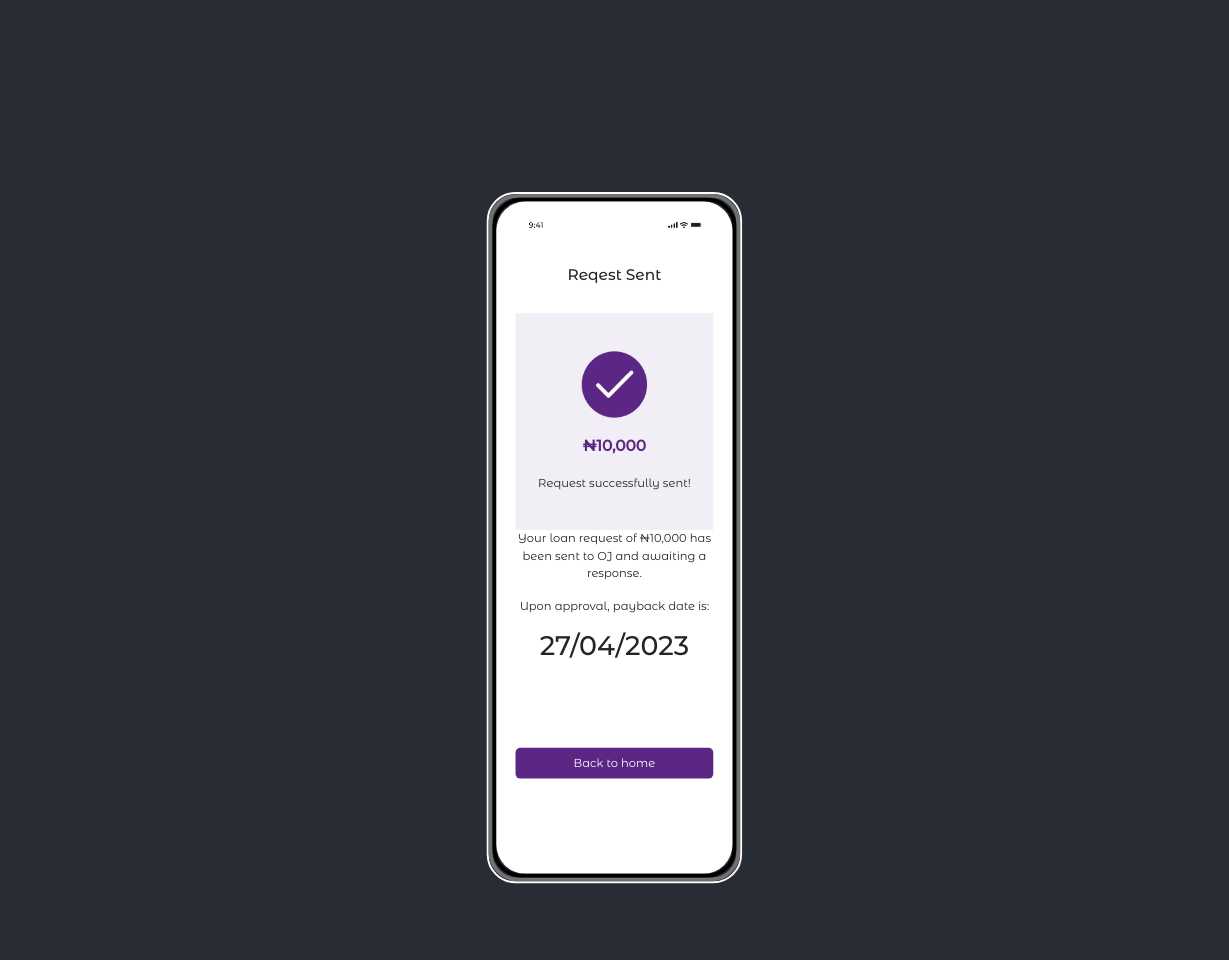
Repository: sarahnnanyelugo/fcmb-hackathon
Page: /success-page
The author's editor kept a copy of each file at every save. The page is drawn from the files as they stood at one save, then again after the next save.
The browser window is 1280 px wide. The pictures show the whole page, at 96% of full size.
The project was rebuilt for these pictures with package versions that can differ from the ones it lists, and the page was loaded fresh each time. Also part of the build but not shown: src/Pages/Home.js, src/components/AccList.js, src/TestData.js/AccList.js, src/components/Beneficiaries.js, src/components/VerificationCodeInput/code-input.scss, src/components/VerificationCodeInput/VerifyCode.js, src/components/Loader.js, src/components/PasswordInput.js and 1 more.

Above is the page before, as saved 2023-10-29 12:10:23.

After the next save:
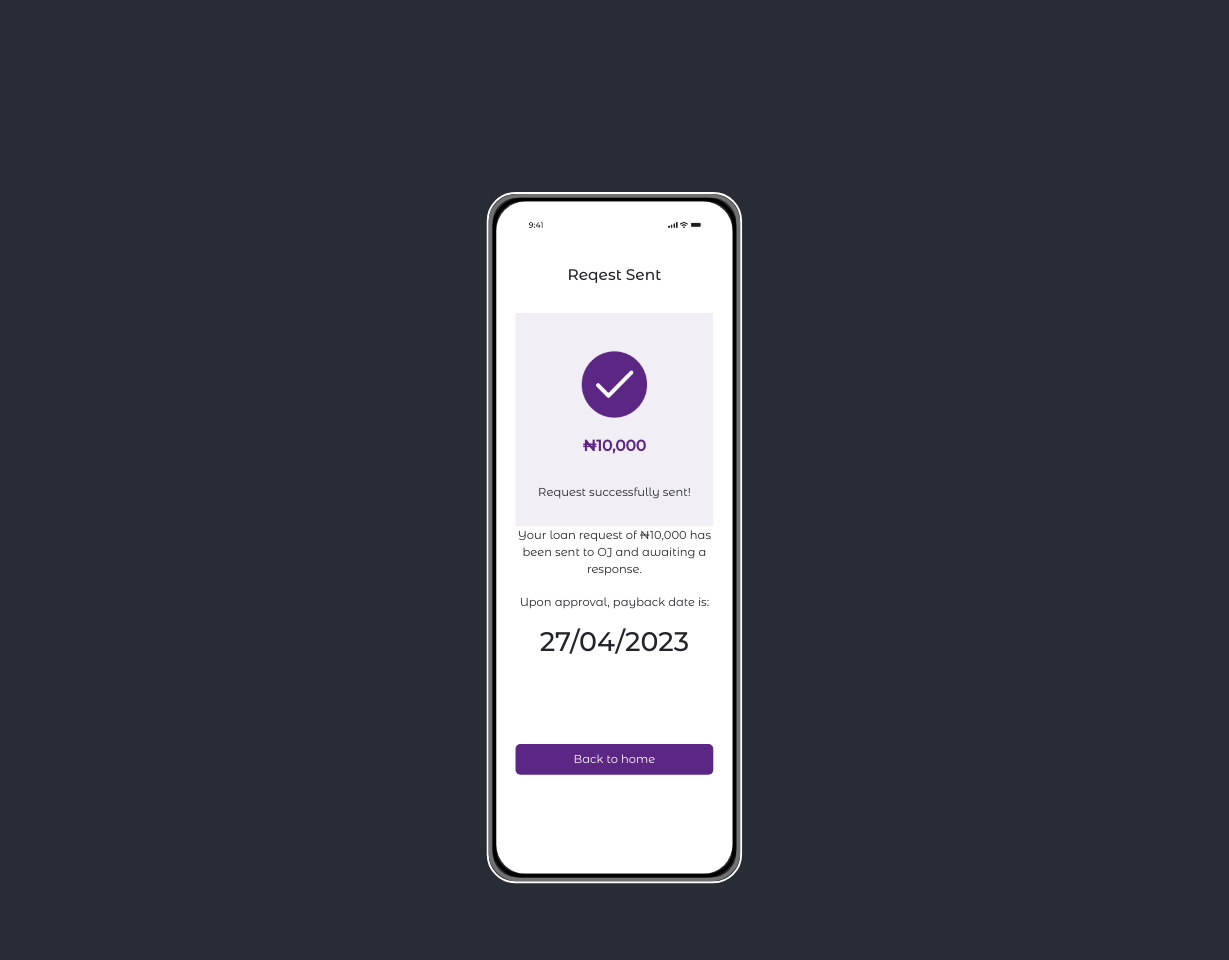
Saved 12 s later.
--- a/src/Pages/SuccessPage.js
+++ b/src/Pages/SuccessPage.js
@@ -28,7 +28,7 @@ export const SuccessPage = () => {
                           </div>
                         </center>
                         <h6>₦10,000</h6>
-                        <p style={{ marginBottom: "30px" }}>
+                        <p style={{ marginTop: "30px" }}>
                           Request successfully sent!
                         </p>
                       </div>
